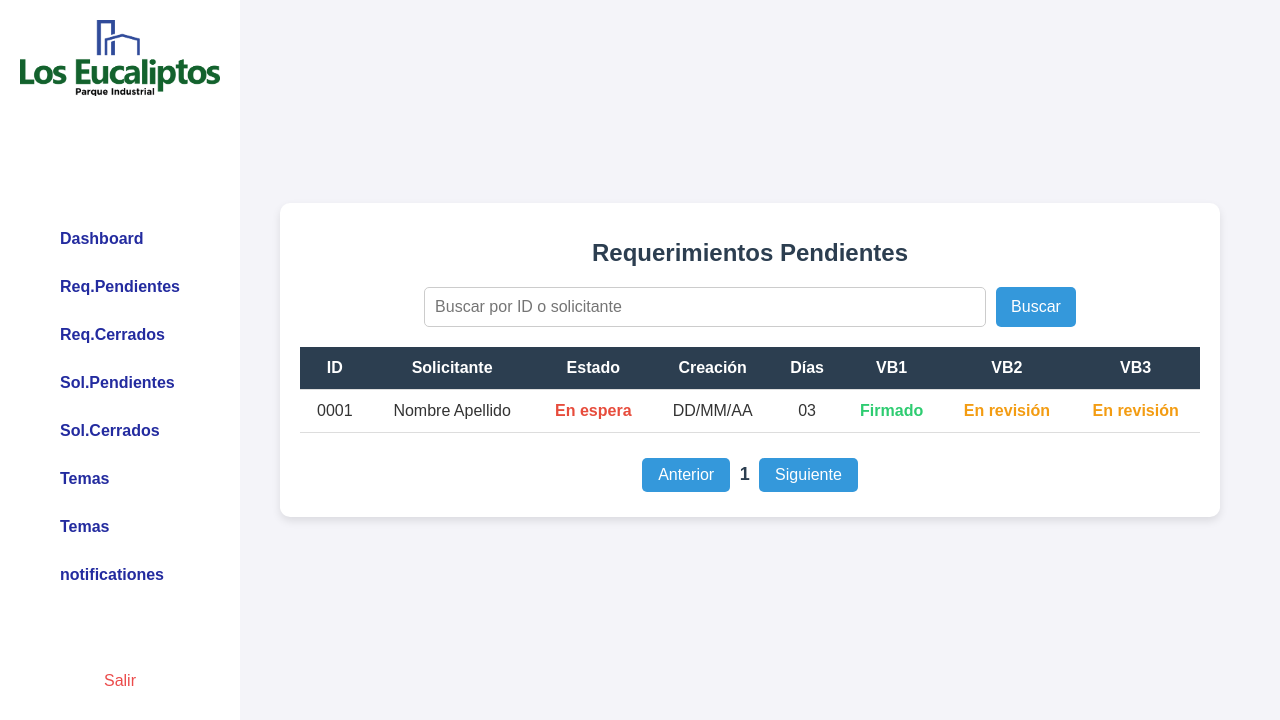
Repository: Los-Eucaliptos-WebApp/Los-Eucaliptos-FrontEnd
Page: pages/los-eucaliptos-request-pending/index.html
The author's editor kept a copy of each file at every save. The page is drawn from the files as they stood at one save, then again after the next save.
The browser window is 1280 px wide. The pictures show the whole page.

Above is the page before, as saved 2025-02-17 08:01:08.

After the next save:
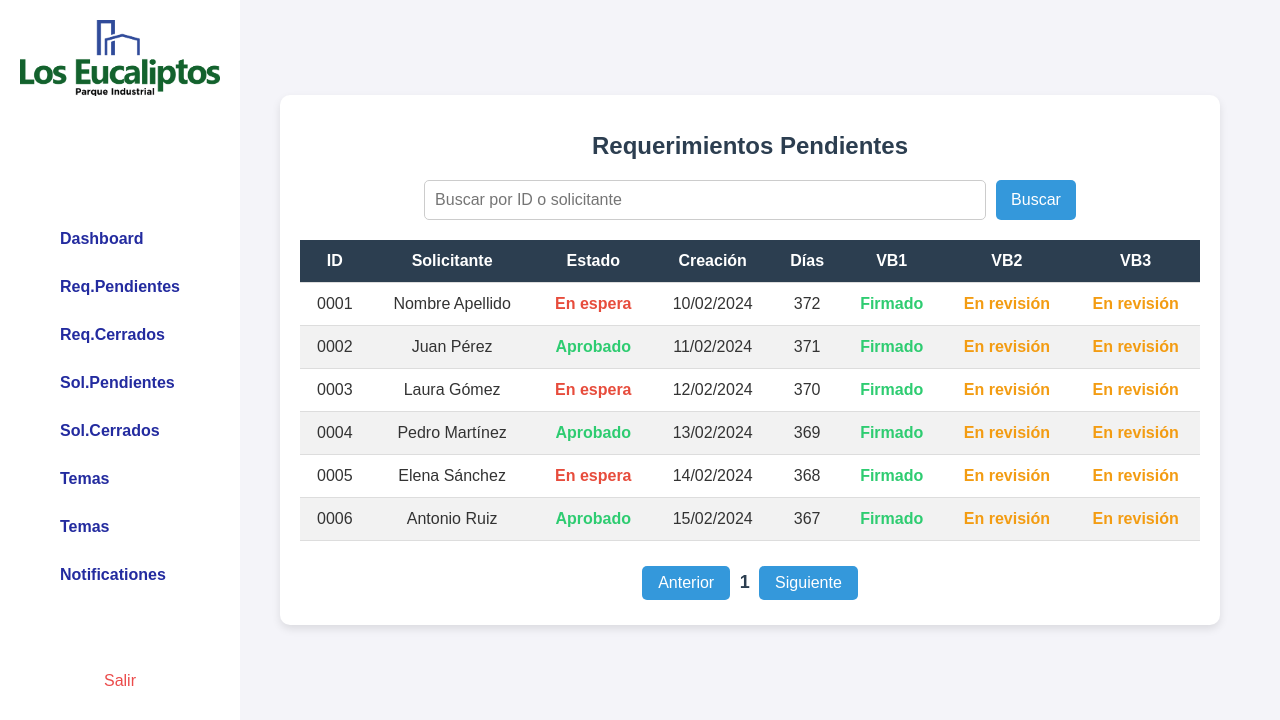
Saved 2 min 39 s later.
--- a/pages/los-eucaliptos-request-pending/index.html
+++ b/pages/los-eucaliptos-request-pending/index.html
@@ -22,7 +22,7 @@
             <button>Sol.Cerrados</button>
             <button>Temas</button>
             <button>Temas</button>
-            <button>notificationes</button>
+            <button>Notificationes</button>
 
         </div>
         <div class="logout">
@@ -49,18 +49,69 @@
                     <th>VB3</th>
                 </tr>
             </thead>
-            <tbody>
-                <tr>
-                    <td>0001</td>
-                    <td>Nombre Apellido</td>
-                    <td class="status pending">En espera</td>
-                    <td>DD/MM/AA</td>
-                    <td>03</td>
-                    <td class="approved">Firmado</td>
-                    <td class="review">En revisión</td>
-                    <td class="review">En revisión</td>
-                </tr>
-            </tbody>
+           <tbody>
+    <tr>
+        <td>0001</td>
+        <td>Nombre Apellido</td>
+        <td class="status pending">En espera</td>
+        <td class="creation-date" data-date="2024-02-10">10/02/2024</td>
+        <td class="days-passed"></td>
+        <td class="approved">Firmado</td>
+        <td class="review">En revisión</td>
+        <td class="review">En revisión</td>
+    </tr>
+    <tr>
+        <td>0002</td>
+        <td>Juan Pérez</td>
+        <td class="status approved">Aprobado</td>
+        <td class="creation-date" data-date="2024-02-11">11/02/2024</td>
+        <td class="days-passed"></td>
+        <td class="approved">Firmado</td>
+        <td class="review">En revisión</td>
+        <td class="review">En revisión</td>
+    </tr>
+    <tr>
+        <td>0003</td>
+        <td>Laura Gómez</td>
+        <td class="status pending">En espera</td>
+        <td class="creation-date" data-date="2024-02-12">12/02/2024</td>
+        <td class="days-passed"></td>
+        <td class="approved">Firmado</td>
+        <td class="review">En revisión</td>
+        <td class="review">En revisión</td>
+    </tr>
+    <tr>
+        <td>0004</td>
+        <td>Pedro Martínez</td>
+        <td class="status approved">Aprobado</td>
+        <td class="creation-date" data-date="2024-02-13">13/02/2024</td>
+        <td class="days-passed"></td>
+        <td class="approved">Firmado</td>
+        <td class="review">En revisión</td>
+        <td class="review">En revisión</td>
+    </tr>
+    <tr>
+        <td>0005</td>
+        <td>Elena Sánchez</td>
+        <td class="status pending">En espera</td>
+        <td class="creation-date" data-date="2024-02-14">14/02/2024</td>
+        <td class="days-passed"></td>
+        <td class="approved">Firmado</td>
+        <td class="review">En revisión</td>
+        <td class="review">En revisión</td>
+    </tr>
+    <tr>
+        <td>0006</td>
+        <td>Antonio Ruiz</td>
+        <td class="status approved">Aprobado</td>
+        <td class="creation-date" data-date="2024-02-15">15/02/2024</td>
+        <td class="days-passed"></td>
+        <td class="approved">Firmado</td>
+        <td class="review">En revisión</td>
+        <td class="review">En revisión</td>
+    </tr>
+</tbody>
+
         </table>
         <div class="pagination">
             <button id="prevPage">Anterior</button>
